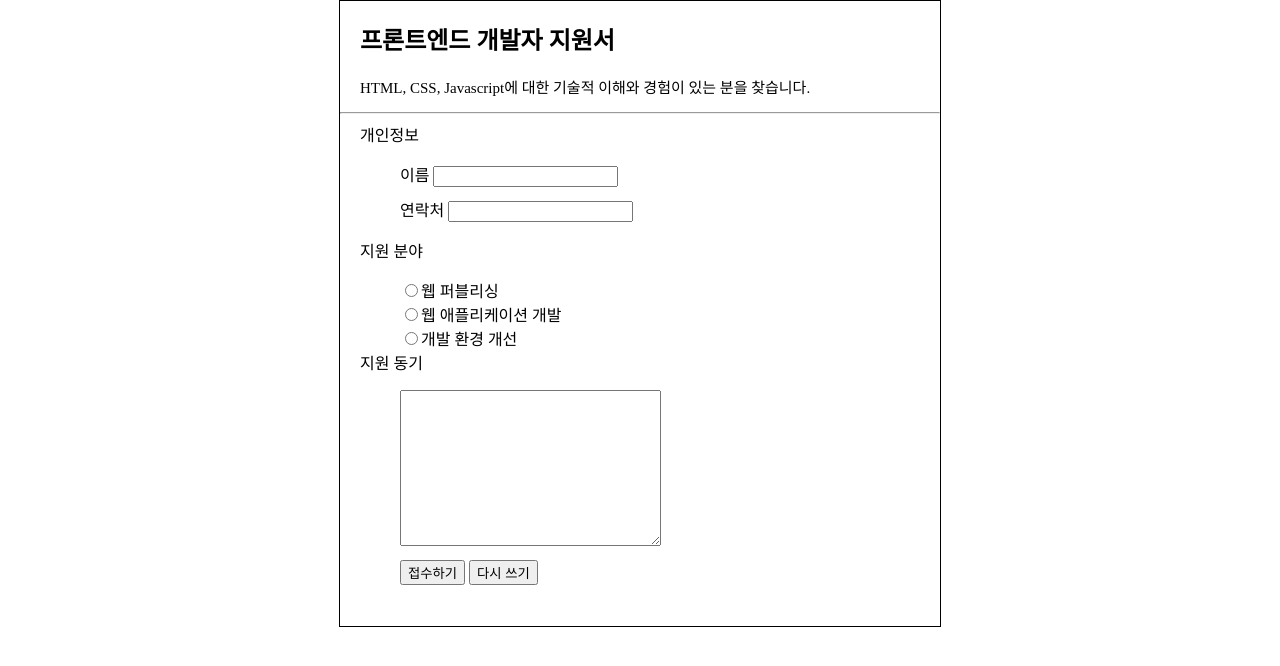
Repository: b1996om/HTML-CSS_study
Page: Practice/public/prac_03.html
An editor plug-in stored every save of this project. The page is shown before and after the next save, followed by the edit.
The browser window is 1280 px wide. The pictures show the whole page.

Above is the page before, as saved 2022-12-12 06:17:03.

After the next save:
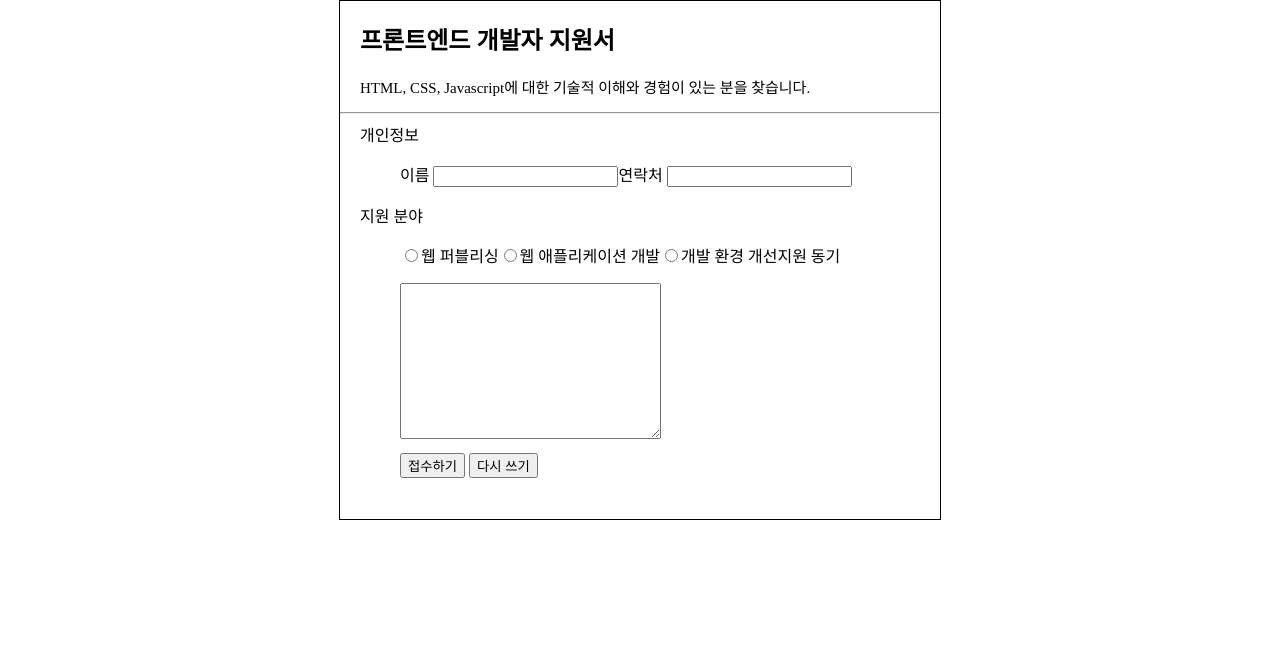
Saved 12 s later.
--- a/Practice/public/prac_03.html
+++ b/Practice/public/prac_03.html
@@ -35,7 +35,6 @@
 			margin-left:20px;
 		}
 		.title {
-			width:700px;
 			float:left;
 		}
 
